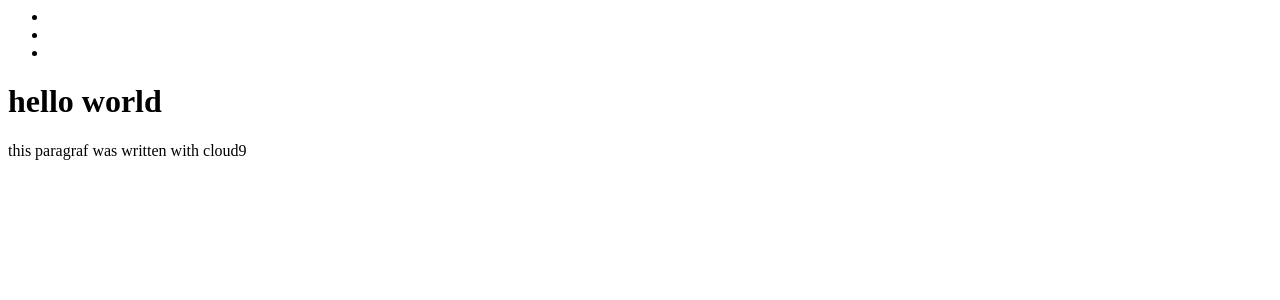
Repository: EricGaona/my-first-website
Page: stream-one.html
The author's editor kept a record of every edit. The page is drawn from the files as they stood at one moment, then again after the next edit.
The browser window is 1280 px wide. The pictures show the whole page.

Above is the page before.

After the next edit:
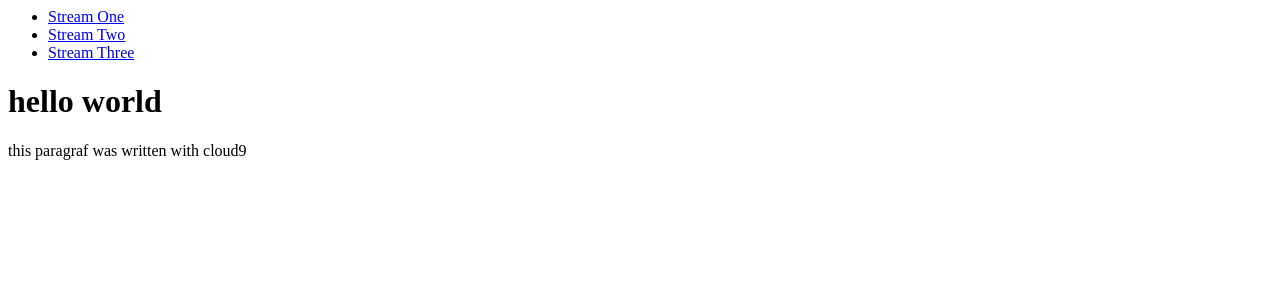
The edit:
--- a/stream-one.html
+++ b/stream-one.html
@@ -5,9 +5,9 @@
     <body>
         <nav>
             <ul>
-                <li></li>
-                <li></li>
-                <li></li>
+                <li><a href="stream-one.html">Stream One</a></li>
+                <li><a href="stream-two.html">Stream Two</a></li>
+                <li><a href="stream-three.html">Stream Three</a></li>
             </ul>
         </nav>
         <h1>hello world</h1>
